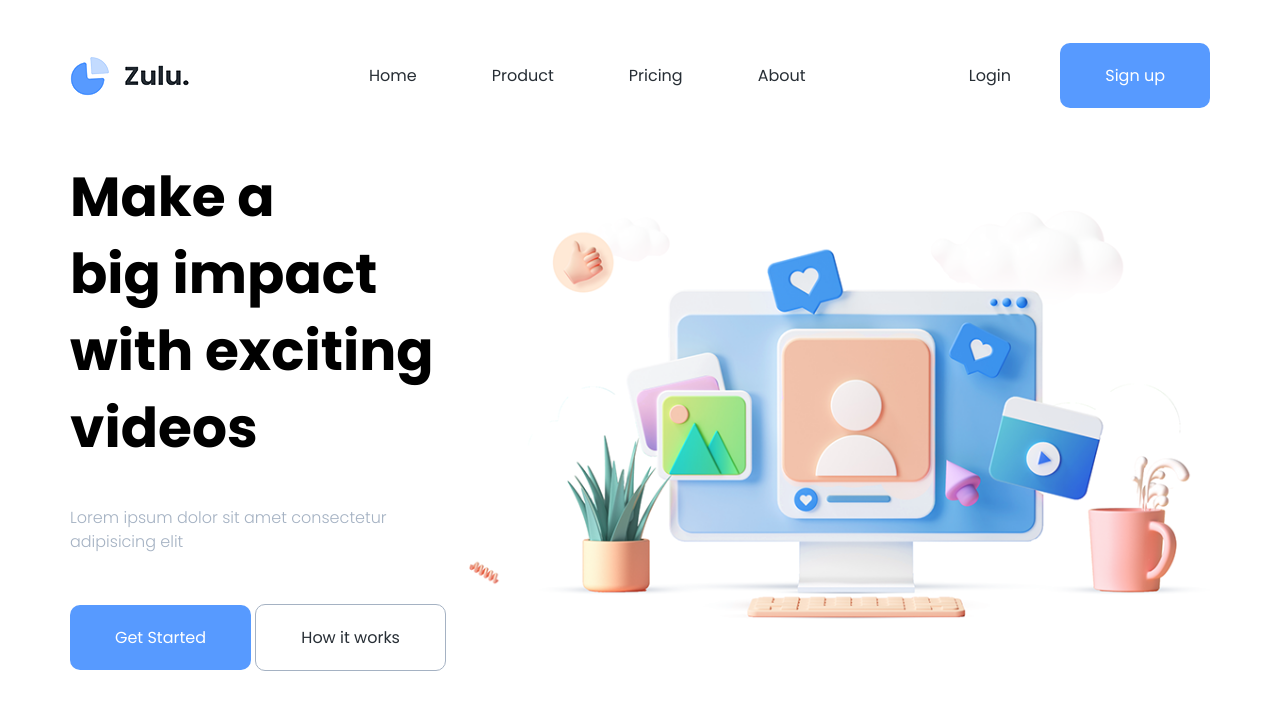
Repository: baodien1405/zulu-landing-page
Page: index.html
An editor plug-in stored every save of this project. The page is shown before and after the next save, followed by the edit.
The browser window is 1280 px wide. The pictures show the whole page.
The style sheet was rebuilt from its Sass, Less or Tailwind sources for each picture, by a compiler version that may differ from the author's.

Above is the page before, as saved 2021-06-22 15:55:02.

After the next save:
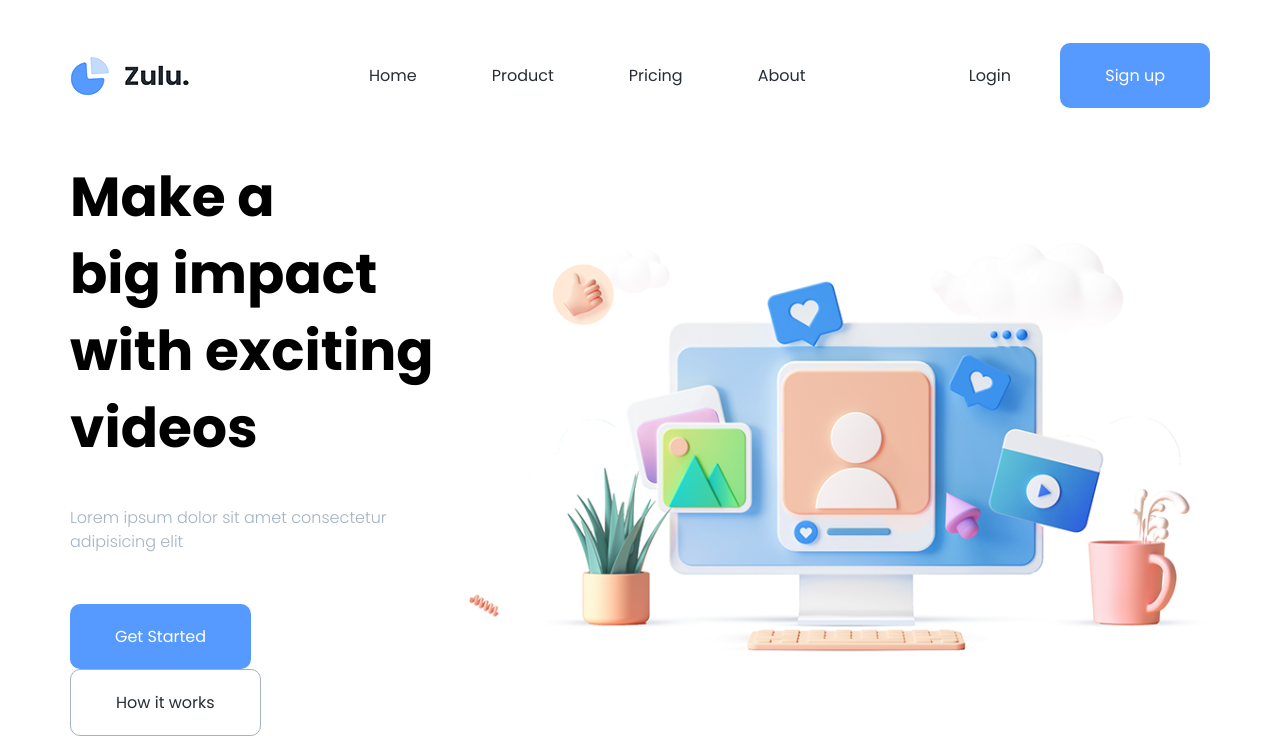
Saved 35 s later.
--- a/_banner.scss
+++ b/_banner.scss
@@ -28,7 +28,7 @@
     margin-bottom: 50px;
   }
 
-  &-link {
+  &-links {
     .button:first-child {
       margin-right: 40px;
     }
